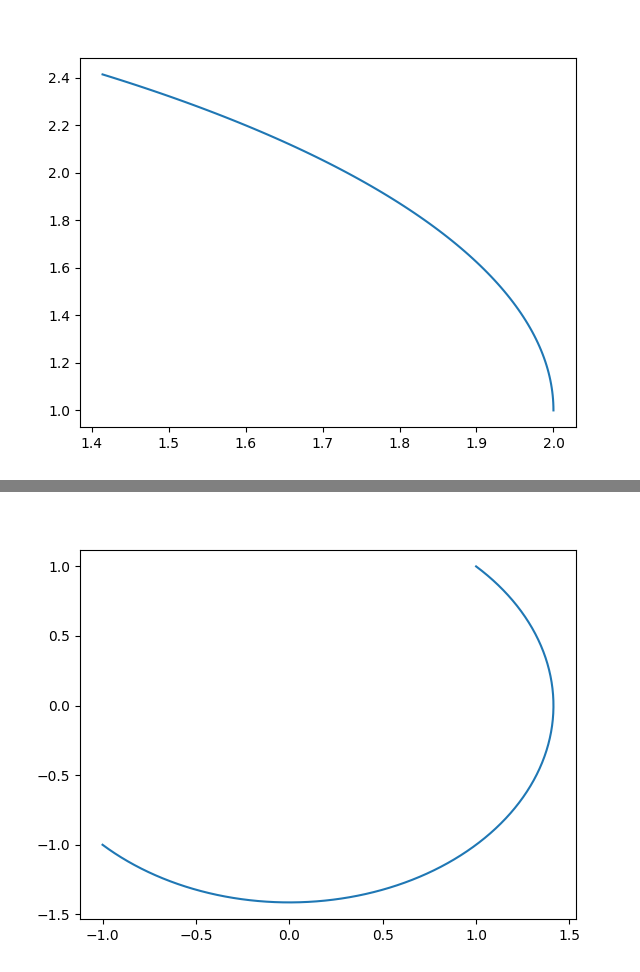
Repository: lbylzkx/Circle-Point-Manuscript
Script's output: python draw_flower_test.py
An editor plug-in stored every save of this project. The script's output is shown before and after the next save, followed by the edit.
Each picture stacks the figures in order, with grey between them; figures that are only written to a file come last. Random numbers start from a fixed seed.

Above is the script's output before, as saved 2023-09-20 10:14:06.

After the next save:
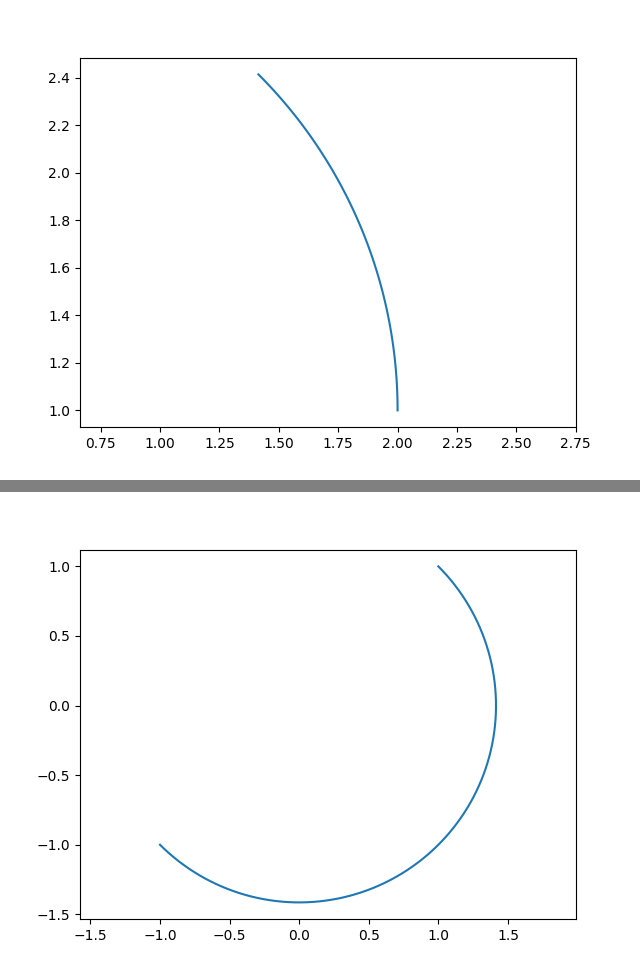
Saved 34 s later.
--- a/draw_arc.py
+++ b/draw_arc.py
@@ -29,6 +29,7 @@ def arc(center, point1, point2):
 
     # 绘制圆弧
     plt.plot(x, y)
+    plt.axis('equal')
     plt.show()
 
 
